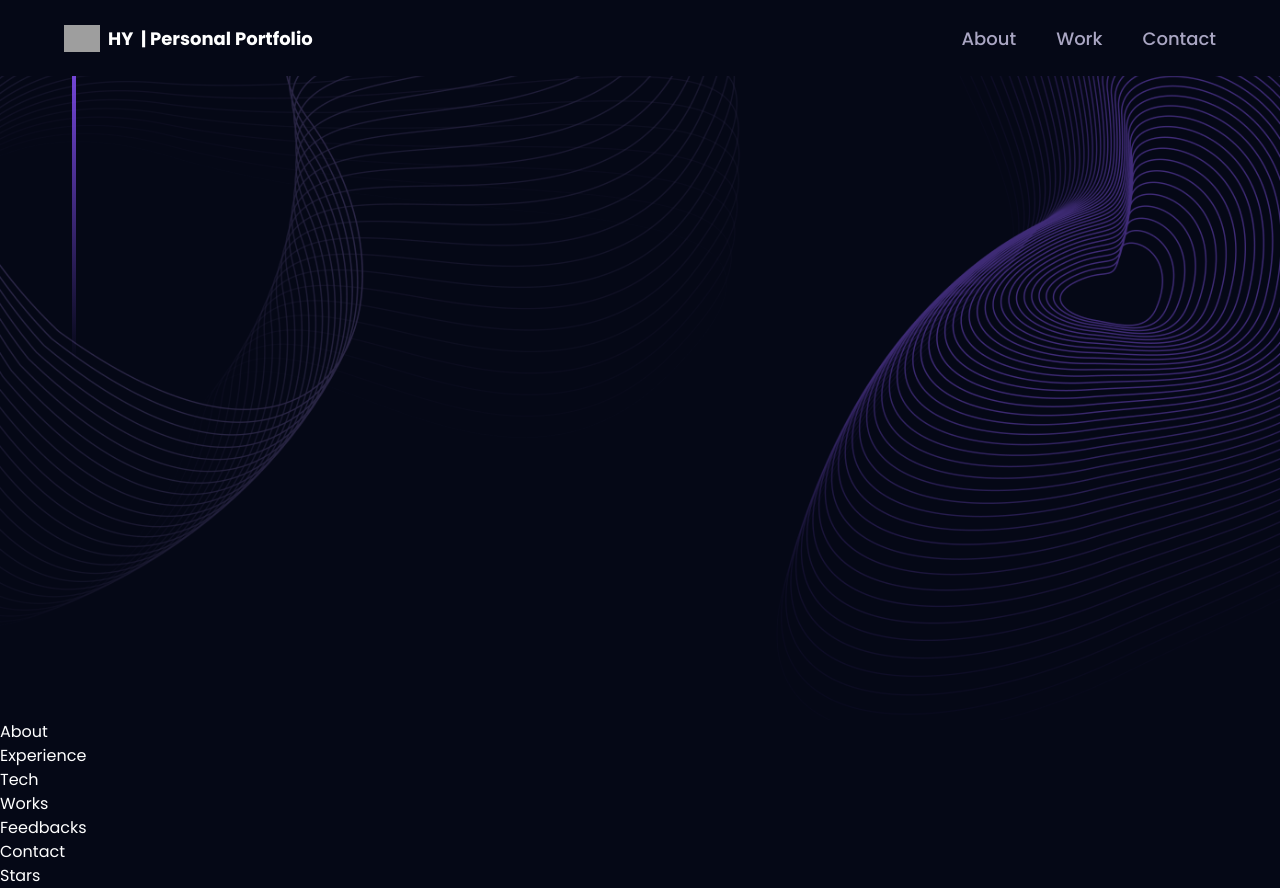
Repository: huiyyee/3d_portfolio
Page: /
These files come from the project's save history. The page is drawn as it stood at one moment and after a run of saves; the edit follows.
The browser window is 1280 px wide. The pictures show the whole page.
Pictures or frames that could not be fetched are drawn as grey boxes. The project was rebuilt for these pictures with package versions that can differ from the ones it lists, and the page was loaded fresh each time. Also part of the build but not shown: vite.config.js, src/components/canvas/Earth.jsx, src/components/canvas/Ball.jsx, src/components/canvas/Computers.jsx.

Above is the page before, as saved 2024-10-10 23:18:01.

### index.html
<!doctype html>
<html lang="en">
  <head>
    <meta charset="UTF-8" />
    <link rel="icon" type="image/svg+xml" href="/vite.svg" />
    <meta name="viewport" content="width=device-width, initial-scale=1.0" />
    <title>HY | Portfolio</title>
  </head>
  <body>
    <div id="root"></div>
    <script type="module" src="/src/main.jsx"></script>
  </body>
</html>

### src/App.jsx
import { BrowserRouter } from "react-router-dom" //used for routing
import { About, Contact, Experience, Feedbacks,
  Hero, Navbar, Tech, Works, StarsCanvas } from './components';

const App = () => {
  return (
    <BrowserRouter>
      <div className="relative z-0 bg-primary">
        <div className="bg-hero-pattern bg-cover bg-no-repeat bg-center">
          <Navbar/>
          <Hero/>
        </div>
        <About/>
        <Experience/>
        <Tech/>
        <Works/>
        <Feedbacks/>
        <div className="relative z-0">
          <Contact/>
          <StarsCanvas />
        </div>
      </div>
    </BrowserRouter>

  )
}

export default App

### src/components/Hero.jsx
import { motion } from 'framer-motion';
import { styles } from './styles'
import { ComputersCanvas } from './canvas';

const Hero = () => {
  return (
    <section className='relative w-full h-screen mx-auto'>
      <div className={`${styles.paddingX}absolute
      inset-0 top-[120px] max-w-7xl mx-auto flex flex-row items-start gap-5`}>
        <div className="flex flex-col
        justify-center items-center mt-5">
          <div className="w-5 h-5 rounded-full bg-[#915eff]"/>
          <div className='w-1 sm:h-80 h-40 violet-gradient'/>
        </div>
      <div>
        <h1 className={``}>Hi, I'm<span className='text-[#915eff]'>Crissy
          </span></h1>
      </div>
      </div>
    </section >
  )
}

export default Hero

### src/components/Navbar.jsx
import React, { useEffect, useState} from 'react'
import { Link } from 'react-router-dom'//use to navigate to other parts of the pages
import { styles } from './styles';
import { navLinks } from '../constants';
import { logo, menu, close} from '../assets';

const Navbar = () => {
  const [active,setActive] = useState('');
  const [toggle,setToggle] = useState(false)
  return (
    <nav
      className={`${styles.paddingX} w-full flex
      items-center py-5 fixed top-0 z-20 bg-primary`}
    >
      <div className="w-full flex
      justify-between items-center max-w-7xl mx-auto">
        <Link
          to = "/"
          className="flex items-center gap-2"
          onClick={() => {
            setActive("");
            window.scrollTo(0, 0);
          }}
        >
          <img src={logo} alt="Logo" className="w-9 h-9 object-contain"
            style={{ maxWidth: '150px', maxHeight: '150px' }}

          />
          <p className="text-white text-[18px]
          font-bold cursor-pointe flex">HY &nbsp; <span className="sm:block hidden">
            | Personal Portfolio</span> </p>
        </Link>
        <ul className="list-none hidden sm:flex
        flex-row gap-10">
          {navLinks.map((Link)=>(
          <li
            key={Link.id}
            className={`${
              active === Link.title
                ? "text-white"
                : "text-secondary"
            }
            text-gray-500
            hover:text-white text-[18px]
            font-medium cursor-pointer`}
            onClick={() => setActive(Link.title)}
          >
            <a href={`#${Link.id}`}>{Link.title}</a>
          </li>

          ))}
        </ul>
        <div className="sm:hidden flex flex-1 justify-end items-center"
        >
          <img src={toggle ? close: menu}
          alt="menu"
          className="w-[28px] h-[28px] object-contain cursor-pointer"
          onClick={()=> setToggle(!toggle)}
          />

          <div className={`${!toggle? 'hidden':'flex'} p-6 black-gradient absolute
          top-20 right-0 mx-4 my-2 min-w[140px] z-10 rounded-xl`}>
          <ul className="list-none flex justify-end items-start flex-col gap-4">
            {navLinks.map((Link)=>(
            <li
              key={Link.id}
              className={`${
                active === Link.title
                  ? "text-white"
                  : "text-secondary"
              }font-poppins font-medium cursor-pointer text-[16px]`}
              onClick={() => {
                setToggle(!toggle)
                setActive(Link.title)
              }}>
              <a href={`#${Link.id}`}>{Link.title}</a>
            </li>
            ))}
        </ul>
            </div>
        </div>

      </div>
    </nav>
  )
}

export default Navbar

### src/components/styles.js
const styles = {
    paddingX: "sm:px-16 px-6",
    paddingY: "sm:py-16 py-6",
    padding: "sm:px-16 px-6 sm:py-16 py-10",

    heroHeadText:
        "font-black text-white lg:text-[80px] sm:text-[60px] xs:text-[50px] text-[40px] lg:leading-[98px] mt-2",
    heroSubText:
        "text-[#dfd9ff] font-medium lg:text-[30px] sm:text-[26px] xs:text-[20px] text-[16px] lg:leading-[40px]",

    sectionHeadText:
        "text-white font-black md:text-[60px] sm:text-[50px] xs:text-[40px] text-[30px]",
    sectionSubText:
        "sm:text-[18px] text-[14px] text-secondary uppercase tracking-wider",
    };

export { styles };

### src/constants/index.js
import {
    mobile,
    backend,
    creator,
    web,
    javascript,
    typescript,
    html,
    css,
    reactjs,
    redux,
    tailwind,
    nodejs,
    mongodb,
    git,
    figma,
    docker,
    meta,
    starbucks,
    tesla,
    shopify,
    carrent,
    jobit,
    tripguide,
    threejs,
  } from "../assets";

  export const navLinks = [
    {
      id: "about",
      title: "About",
    },
    {
      id: "work",
      title: "Work",
    },
    {
      id: "contact",
      title: "Contact",
    },
  ];

  const services = [
    {
      title: "Web Developer",
      icon: web,
    },
    {
      title: "React Native Developer",
      icon: mobile,
    },
    {
      title: "Backend Developer",
      icon: backend,
    },
    {
      title: "Content Creator",
      icon: creator,
    },
  ];

  const technologies = [
    {
      name: "HTML 5",
      icon: html,
    },
    {
      name: "CSS 3",
      icon: css,
    },
    {
      name: "JavaScript",
      icon: javascript,
    },
    {
      name: "TypeScript",
      icon: typescript,
    },
    {
      name: "React JS",
      icon: reactjs,
    },
    {
      name: "Redux Toolkit",
      icon: redux,
    },
    {
      name: "Tailwind CSS",
      icon: tailwind,
    },
    {
      name: "Node JS",
      icon: nodejs,
    },
    {
      name: "MongoDB",
      icon: mongodb,
    },
    {
      name: "Three JS",
      icon: threejs,
    },
    {
      name: "git",
      icon: git,
    },
    {
      name: "figma",
      icon: figma,
    },
    {
      name: "docker",
      icon: docker,
    },
  ];

  const experiences = [
    {
      title: "React.js Developer",
      company_name: "Starbucks",
      icon: starbucks,
      iconBg: "#383E56",
      date: "March 2020 - April 2021",
      points: [
        "Developing and maintaining web applications using React.js and other related technologies.",
        "Collaborating with cross-functional teams including designers, product managers, and other developers to create high-quality products.",
        "Implementing responsive design and ensuring cross-browser compatibility.",
        "Participating in code reviews and providing constructive feedback to other developers.",
      ],
    },
    {
      title: "React Native Developer",
      company_name: "Tesla",
      icon: tesla,
      iconBg: "#E6DEDD",
      date: "Jan 2021 - Feb 2022",
      points: [
        "Developing and maintaining web applications using React.js and other related technologies.",
        "Collaborating with cross-functional teams including designers, product managers, and other developers to create high-quality products.",
        "Implementing responsive design and ensuring cross-browser compatibility.",
        "Participating in code reviews and providing constructive feedback to other developers.",
      ],
    },
    {
      title: "Web Developer",
      company_name: "Shopify",
      icon: shopify,
      iconBg: "#383E56",
      date: "Jan 2022 - Jan 2023",
      points: [
        "Developing and maintaining web applications using React.js and other related technologies.",
        "Collaborating with cross-functional teams including designers, product managers, and other developers to create high-quality products.",
        "Implementing responsive design and ensuring cross-browser compatibility.",
        "Participating in code reviews and providing constructive feedback to other developers.",
      ],
    },
    {
      title: "Full stack Developer",
      company_name: "Meta",
      icon: meta,
      iconBg: "#E6DEDD",
      date: "Jan 2023 - Present",
      points: [
        "Developing and maintaining web applications using React.js and other related technologies.",
        "Collaborating with cross-functional teams including designers, product managers, and other developers to create high-quality products.",
        "Implementing responsive design and ensuring cross-browser compatibility.",
        "Participating in code reviews and providing constructive feedback to other developers.",
      ],
    },
  ];

  const testimonials = [
    {
      testimonial:
        "I thought it was impossible to make a website as beautiful as our product, but Rick proved me wrong.",
      name: "Sara Lee",
      designation: "CFO",
      company: "Acme Co",
      image: "https://randomuser.me/api/portraits/women/4.jpg",
    },
    {
      testimonial:
        "I've never met a web developer who truly cares about their clients' success like Rick does.",
      name: "Chris Brown",
      designation: "COO",
      company: "DEF Corp",
      image: "https://randomuser.me/api/portraits/men/5.jpg",
    },
    {
      testimonial:
        "After Rick optimized our website, our traffic increased by 50%. We can't thank them enough!",
      name: "Lisa Wang",
      designation: "CTO",
      company: "456 Enterprises",
      image: "https://randomuser.me/api/portraits/women/6.jpg",
    },
  ];

  const projects = [
    {
      name: "Car Rent",
      description:
        "Web-based platform that allows users to search, book, and manage car rentals from various providers, providing a convenient and efficient solution for transportation needs.",
      tags: [
        {
          name: "react",
          color: "blue-text-gradient",
        },
        {
          name: "mongodb",
          color: "green-text-gradient",
        },
        {
          name: "tailwind",
          color: "pink-text-gradient",
        },
      ],
      image: carrent,
      source_code_link: "https://github.com/",
    },
    {
      name: "Job IT",
      description:
        "Web application that enables users to search for job openings, view estimated salary ranges for positions, and locate available jobs based on their current location.",
      tags: [
        {
          name: "react",
          color: "blue-text-gradient",
        },
        {
          name: "restapi",
          color: "green-text-gradient",
        },
        {
          name: "scss",
          color: "pink-text-gradient",
        },
      ],
      image: jobit,
      source_code_link: "https://github.com/",
    },
    {
      name: "Trip Guide",
      description:
        "A comprehensive travel booking platform that allows users to book flights, hotels, and rental cars, and offers curated recommendations for popular destinations.",
      tags: [
        {
          name: "nextjs",
          color: "blue-text-gradient",
        },
        {
          name: "supabase",
          color: "green-text-gradient",
        },
        {
          name: "css",
          color: "pink-text-gradient",
        },
      ],
      image: tripguide,
      source_code_link: "https://github.com/",
    },
  ];

  export { services, technologies, experiences, testimonials, projects };

### src/assets/index.js
import logo from "/Users/huiyee/Downloads/9-high-resolution-logo.png";
import backend from "./backend.png";
import creator from "./creator.png";
import mobile from "./mobile.png";
import web from "./web.png";
import github from "./github.png";
import menu from "./menu.svg";
import close from "./close.svg";

import css from "./tech/css.png";
import docker from "./tech/docker.png";
import figma from "./tech/figma.png";
import git from "./tech/git.png";
import html from "./tech/html.png";
import javascript from "./tech/javascript.png";
import mongodb from "./tech/mongodb.png";
import nodejs from "./tech/nodejs.png";
import reactjs from "./tech/reactjs.png";
import redux from "./tech/redux.png";
import tailwind from "./tech/tailwind.png";
import typescript from "./tech/typescript.png";
import threejs from "./tech/threejs.svg";

import meta from "./company/meta.png";
import shopify from "./company/shopify.png";
import starbucks from "./company/starbucks.png";
import tesla from "./company/tesla.png";

import carrent from "./carrent.png";
import jobit from "./jobit.png";
import tripguide from "./tripguide.png";

export {
  logo,
  backend,
  creator,
  mobile,
  web,
  github,
  menu,
  close,
  css,
  docker,
  figma,
  git,
  html,
  javascript,
  mongodb,
  nodejs,
  reactjs,
  redux,
  tailwind,
  typescript,
  threejs,
  meta,
  shopify,
  starbucks,
  tesla,
  carrent,
  jobit,
  tripguide,
};

Loaded but not shown: src/main.jsx (common file); src/index.css (common file); src/components/index.js (common file); src/components/canvas/index.js (common file); src/components/About.jsx (common file); src/components/Tech.jsx (common file); src/components/Experience.jsx (common file); src/components/Works.jsx (common file); src/components/Feedbacks.jsx (common file); src/components/Contact.jsx (common file); src/components/canvas/Stars.jsx (common file); tailwind.config.js (common file)

After the next 2 saves:
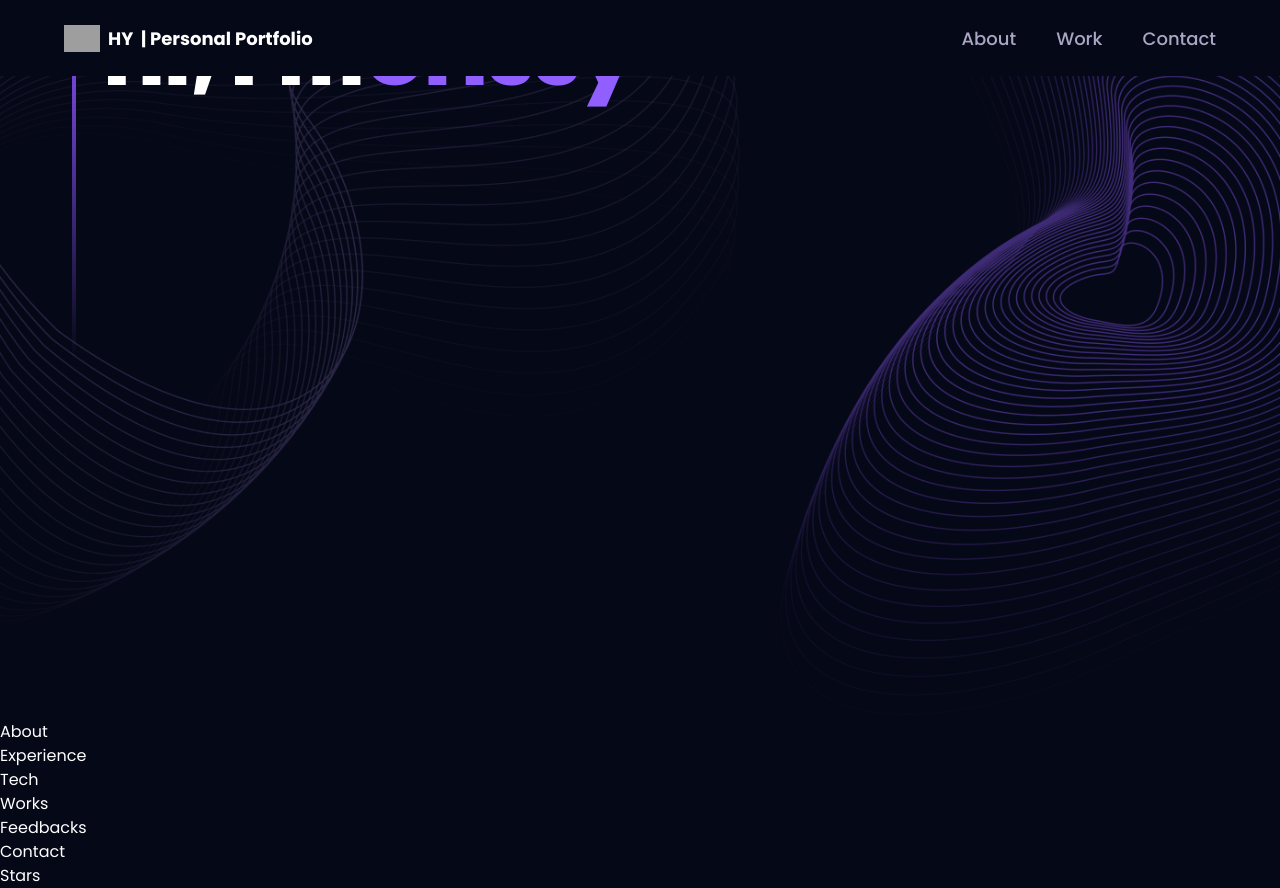
The 2 saves are shown as one change because 1 did not build or start.
The last was saved 8 s later.
--- a/src/components/Hero.jsx
+++ b/src/components/Hero.jsx
@@ -13,7 +13,7 @@ const Hero = () => {
           <div className='w-1 sm:h-80 h-40 violet-gradient'/>
         </div>
       <div>
-        <h1 className={``}>Hi, I'm<span className='text-[#915eff]'>Crissy
+        <h1 className={`${styles.heroHeadText}`}>Hi, I'm<span className='text-[#915eff]'>Crissy
           </span></h1>
       </div>
       </div>
